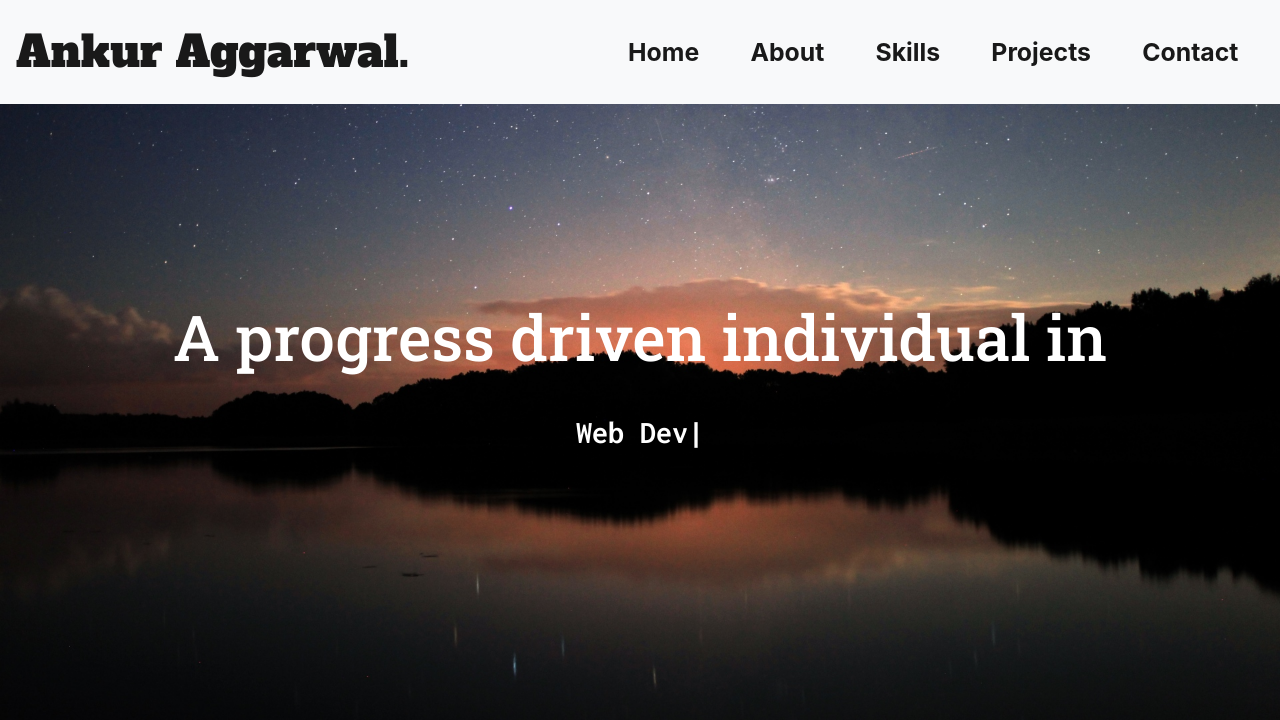
Repository: AnkurDevv/PersonalWebsite
Page: index.html
The author's editor kept a copy of each file at every save. The page is drawn from the files as they stood at one save, then again after the next save.
The browser window is 1280 px wide. The pictures show the whole page.

Above is the page before, as saved 2020-09-13 14:20:06.

After the next save:
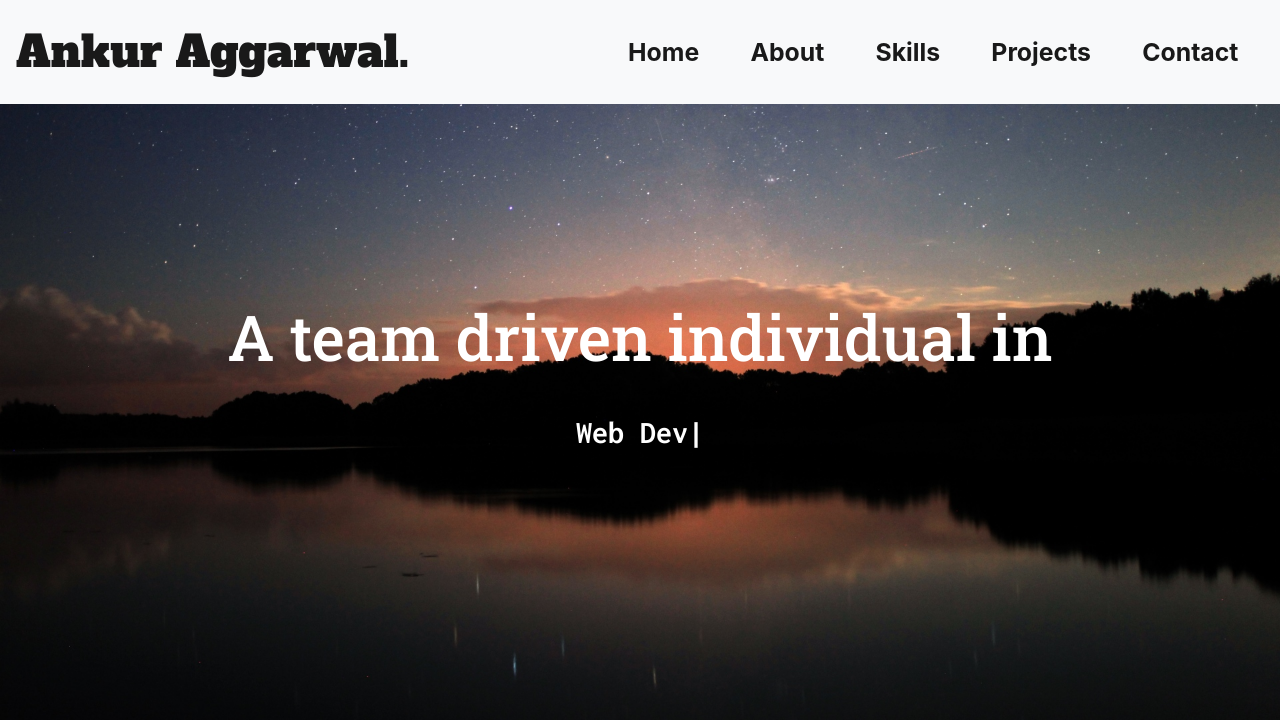
Saved 27 min 54 s later.
--- a/index.html
+++ b/index.html
@@ -64,7 +64,7 @@
     <!-- FIRST IMPRESSION SECTION - START -->
     <section class="first-impression-section">
       <div class="row first-impression-row">
-        <h1 class="text-center animated fadeInDown" id="MainNameHeading">A progress driven individual in
+        <h1 class="text-center animated fadeInDown" id="MainNameHeading">A team driven individual in
         </h1>
       </div>
       <div class="row">
